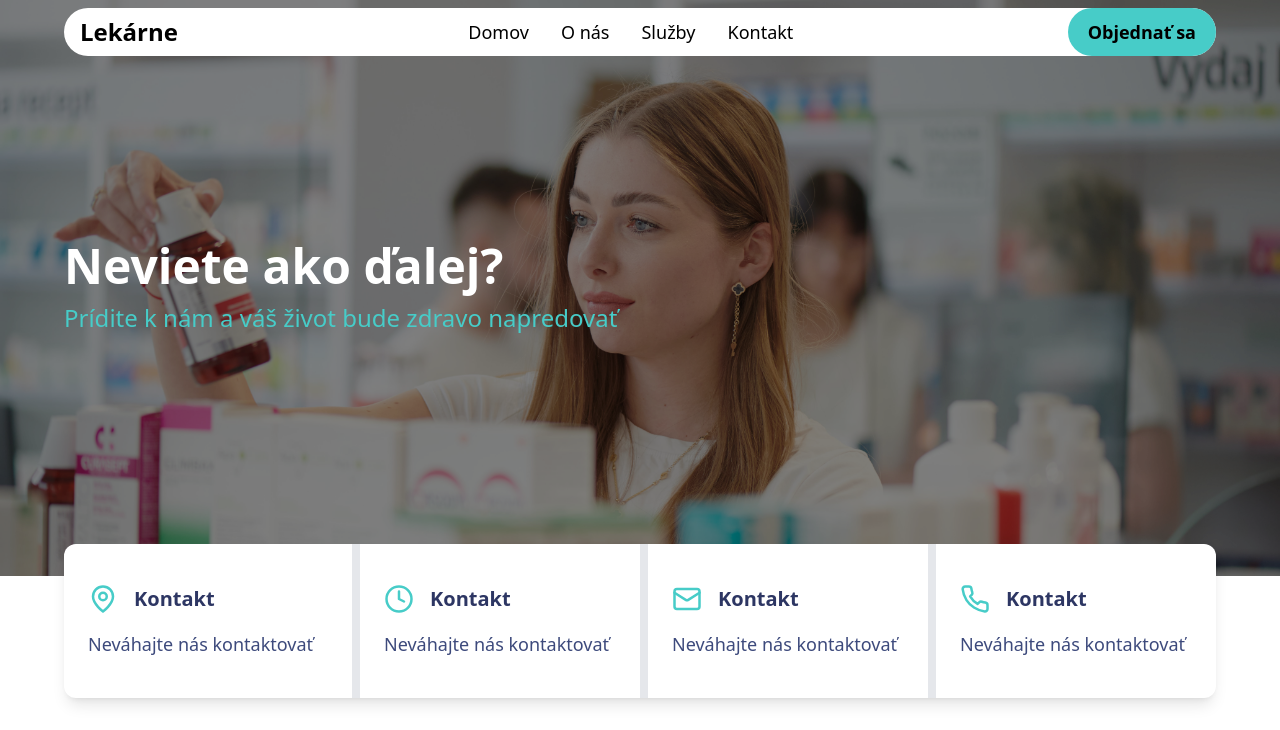
Repository: SimonSkoda13/Lekaren
Page: /
The author's editor kept a copy of each file at every save. The page is drawn from the files as they stood at one save, then again after the next save.
The browser window is 1280 px wide. The pictures show the whole page.
The project was rebuilt for these pictures with package versions that can differ from the ones it lists, and the page was loaded fresh each time. The framework's server and built-in components were replaced by stand-ins that run in the browser. Also part of the build but not shown: next.config.js.

Above is the page before, as saved 2023-04-22 18:08:13.

### src/app/layout.tsx
import { Header } from "./components/Header/Header";
import "./globals.css";
import { Poppins } from "next/font/google";

export const metadata = {
  title: "Create Next App",
  description: "Generated by create next app",
};

export default function RootLayout({
  children,
}: {
  children: React.ReactNode;
}) {
  return (
    <html lang="en">
      <body className="bg-white min-h-[100vh]">
        <Header />
        <main>{children}</main>
        <footer></footer>
      </body>
    </html>
  );
}

### src/app/page.tsx
import Image from "next/image";
import { Inter } from "next/font/google";
import { HomeHero } from "./components/HomeHero/HomeHero";
import { Contact } from "./components/Contact/Contact";
import { Phone, MapPin, Clock4, Mail } from "lucide-react";

const inter = Inter({ subsets: ["latin"] });

// page with

export default function Home() {
  return (
    <>
      <HomeHero
        title={"Neviete ako ďalej?"}
        image={"/homeBanner.jpg"}
        description={"Prídite k nám a váš život bude zdravo napredovať"}
      />
      <Contact
        items={[
          {
            title: "Kontakt",
            description: "Neváhajte nás kontaktovať",
            icon: <MapPin size={30} className="stroke-primary" />,
          },
          {
            title: "Kontakt",
            description: "Neváhajte nás kontaktovať",
            icon: <Clock4 size={30} className="stroke-primary" />,
          },
          {
            title: "Kontakt",
            description: "Neváhajte nás kontaktovať",
            icon: <Mail size={30} className="stroke-primary" />,
          },
          {
            title: "Kontakt",
            description: "Neváhajte nás kontaktovať",
            icon: <Phone size={30} className="stroke-primary" />,
          },
        ]}
      />
    </>
  );
}

### src/app/components/Header/Header.tsx
import Link from "next/link";
import React from "react";

export interface HeaderProps {}

export const Header = (props: HeaderProps) => {
  const {} = props;
  return (
    <header className="cntn fixed w-full top-2 z-10">
      <div className="flex bg-white rounded-full">
        <h1 className="py-2 px-4 text-2xl font-bold">Lekárne</h1>
        <div className="py-2 px-4 flex gap-8 items-center mx-auto text-lg font-medium">
          <Link href="/">Domov</Link>
          <Link href="/onas">O nás</Link>
          <Link href="/sluzby">Služby</Link>
          <Link href="/kontakt">Kontakt</Link>
        </div>
        {/* button order self */}
        <div className="flex justify-center items-center px-5 p-0 bg-primary rounded-full text-lg font-bold">
          <Link href="/order">Objednať sa</Link>
        </div>
      </div>
    </header>
  );
};

### src/app/globals.css
@tailwind base;
@tailwind components;
@tailwind utilities;

@layer components {
  .cntn {
    @apply mx-auto px-4  max-w-screen-xl md:px-16;
  }
}

### src/app/components/HomeHero/HomeHero.tsx
import Image from "next/image";
import React from "react";
import { ImageGradient } from "./ImageGradient/ImageGradient";

export interface HomeHeroProps {
  title: string;
  image: string;
  description: string;
}

export const HomeHero = (props: HomeHeroProps) => {
  const { title, image, description } = props;
  return (
    <section className="relative h-[80vh] z-0 px-0">
      <div className="w-full h-full absolute left-0 top-0 ">
        {/* make filter for image to odd brightness from top biggest to bottom lowest */}
        <ImageGradient>
          <Image
            src={image}
            alt="Next.js logo"
            fill
            style={{
              objectFit: "cover",
              objectPosition: "center",
            }}
          />
        </ImageGradient>
      </div>
      <div className="cntn relative gap-3 h-full flex justify-center flex-wrap flex-col z-10">
        <h1 className="text-5xl font-bold text-white">{title}</h1>
        <p className="text-2xl text-primary">{description}</p>
      </div>
    </section>
  );
};

### src/app/components/Contact/Contact.tsx
import { Phone } from "lucide-react";
import Image from "next/image";
import React, { ReactNode } from "react";

export interface ContactProps {
  items?: {
    title: string;
    description: string;
    icon: ReactNode;
  }[];
}

export const Contact = (props: ContactProps) => {
  const { items } = props;
  return (
    <section className="cntn z-10 relative top-[-2rem]">
      <div className="w-full grid grid-cols-2 md:grid-cols-4 items-start bg-white rounded-xl shadow-lg divide-x-8">
        {items?.map((item) => (
          <div className="flex flex-col items-start gap-4 p-6 py-10">
            {/* <Image
            src={item.icon}
            alt={"contactIcon" + item.title}
            width={100}
            height={100}
          /> */}
            <div className="flex w-full flex-row gap-4 items-center">
              {item.icon}
              <h2 className="text-xl font-bold text-secondary">{item.title}</h2>
            </div>
            <p className="text-lg font-medium text-secondary-light">
              {item.description}
            </p>
          </div>
        ))}
      </div>
    </section>
  );
};

### src/app/components/HomeHero/ImageGradient/ImageGradient.tsx
import React from "react";

export interface ImageGradientProps {
  children: React.ReactNode;
}

export const ImageGradient = (props: ImageGradientProps) => {
  const { children } = props;
  return (
    <div className="relative w-full h-full brightness-50 overflow-hidden z-10">
      <div className="absolute inset-0 z-10"></div>
      {children}
    </div>
  );
};

### tailwind.config.js
/** @type {import('tailwindcss').Config} */
module.exports = {
  content: [
    "./src/pages/**/*.{js,ts,jsx,tsx,mdx}",
    "./src/components/**/*.{js,ts,jsx,tsx,mdx}",
    "./src/app/**/*.{js,ts,jsx,tsx,mdx}",
  ],
  theme: {
    extend: {
      colors: {
        primary: "#47CCC8",
        secondary: "#2D3663",
        "secondary-light": "#3D4A7C",
      },
    },
  },
  plugins: [],
};

Loaded but not shown: src/app/api/hello/route.ts (common file)

After the next save:
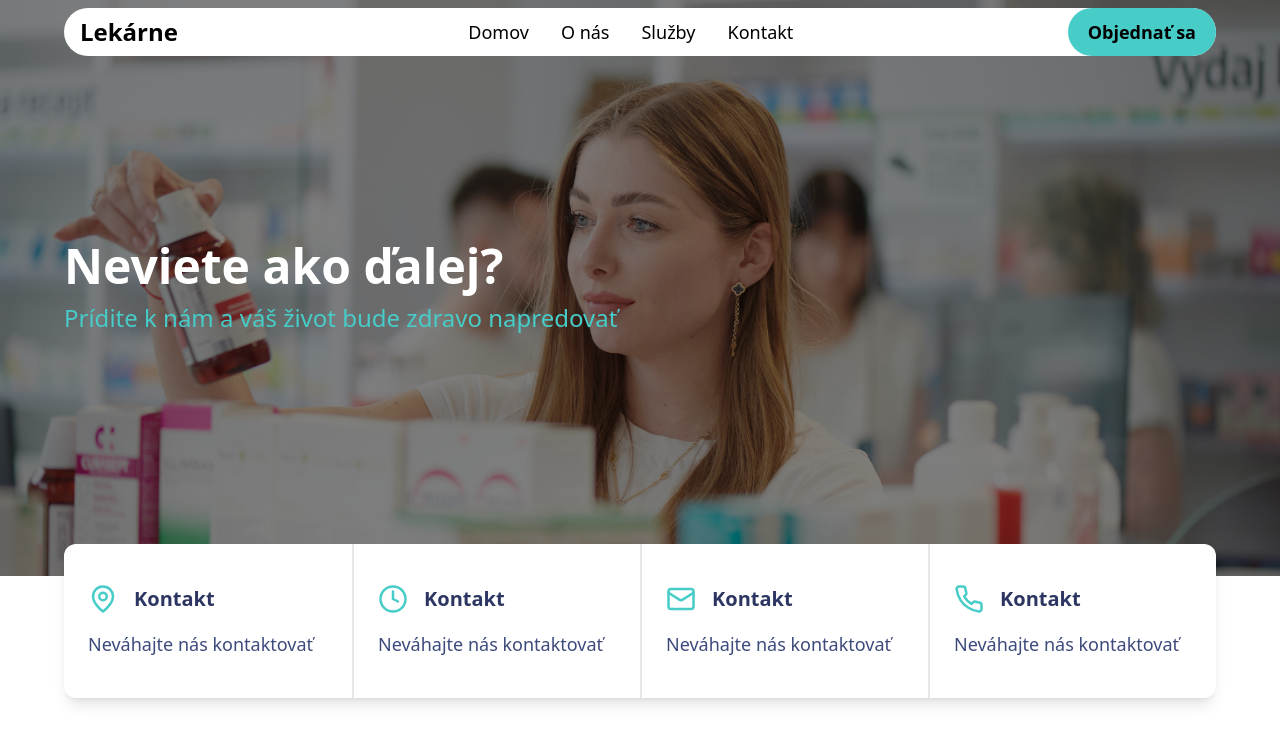
Saved 14 s later.
--- a/src/app/components/Contact/Contact.tsx
+++ b/src/app/components/Contact/Contact.tsx
@@ -14,7 +14,7 @@ export const Contact = (props: ContactProps) => {
   const { items } = props;
   return (
     <section className="cntn z-10 relative top-[-2rem]">
-      <div className="w-full grid grid-cols-2 md:grid-cols-4 items-start bg-white rounded-xl shadow-lg divide-x-8">
+      <div className="w-full grid grid-cols-2 md:grid-cols-4 items-start bg-white rounded-xl shadow-lg divide-x-2">
         {items?.map((item) => (
           <div className="flex flex-col items-start gap-4 p-6 py-10">
             {/* <Image
